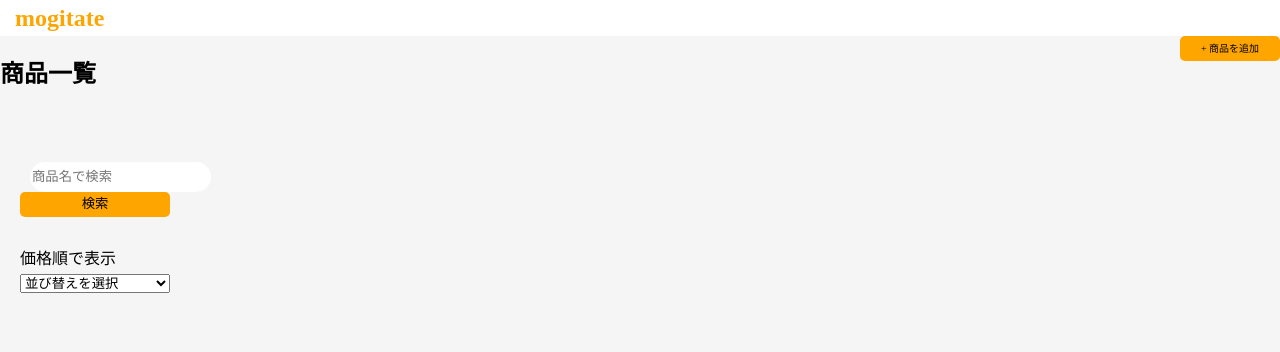
Repository: tokisiro/fruit-products
Page: http://localhost/products
An editor plug-in stored every save of this project. The page is shown before and after a run of saves, followed by the edit.
The browser window is 1280 px wide. The pictures show the whole page.
The page is served by the project's Laravel application, run on PHP 8.4 with Laravel 8. Other server files are loaded and not shown. Queries for data that is not in the repository find no rows.

Above is the page before, as saved 2025-05-18 14:27:15.

### src/routes/web.php
<?php

use Illuminate\Support\Facades\Route;
use App\Http\Controllers\ProductController;
/*
|--------------------------------------------------------------------------
| Web Routes
|--------------------------------------------------------------------------
|
| Here is where you can register web routes for your application. These
| routes are loaded by the RouteServiceProvider within a group which
| contains the "web" middleware group. Now create something great!
|
*/



//商品一覧ページ表示
Route::get('/products', [ProductController::class, 'products']);

Route::get('/products/search', [ProductController::class, 'search']);
Route::get('/products/sort', [ProductController::class, 'sort']);

//商品詳細ページ表示
Route::get('/products/{productId}', [ProductController::class, 'change'])->name('products.change');
//商品更新機能
Route::patch('/products/{productId}/update',[ProductController::class,'update']);
//商品削除機能
Route::delete('/products/{productId}/delete',[ProductController::class,'remove']);
//商品追加ページの表示
Route::get('/register', [ProductController::class, 'add']);
//商品追加機能
Route::post('/products/register', [ProductController::class, 'create']);

### src/app/Http/Controllers/ProductController.php
<?php

namespace App\Http\Controllers;

use Illuminate\Http\Request;
use App\Models\Product;
use App\Models\Product_Season;
use App\Models\Season;
use App\Http\Requests\ProductRequest;
use Illuminate\Support\Facades\Storage;

class ProductController extends Controller
{
    //商品一覧ページの表示
    public function products(){
        $products = Product::all();
        $pages = Product::Paginate(6);
        return view('product', compact('products', 'pages'));
    }

    //検索機能
    public function search(Request $request){
        $query = Product::query();
    if ($request->filled('name')) {
        $query->where('name', 'like', '%' . $request->input('name') . '%');
    }
    $search = $query->paginate(6);
    return view('product', compact('search'));
    }

    //並び替え機能
    public function Sort(Request $request){
        $query = Product::query();

    $sort = $request->input('sort');
    switch ($sort) {
        case 'price_asc':
            $query->orderBy('price', 'asc');
            break;
        case 'price_desc':
            $query->orderBy('price', 'desc');
            break;
        default:
            break;
        }
        $products = $query->paginate(6);
        return view('product', compact('products'));
    }

    //商品詳細画面表示
    public function change($productId){
        $change = Product::find($productId);
        $products = Product_Season::where('product_id', $productId)->pluck('season_id')->toArray();
        return view('index', compact('change','products'));
    }
    //更新機能
    public function update(ProductRequest $request,$productId)
    {
        $data = $request->all();
        unset($data['_token']);

        if ($request->hasFile('image')) {
            $path = $request->file('image')->store('public/products');
            $data['image'] = Storage::url($path); // 保存先パスをセット
        } else {
            unset($data['image']); // 画像がない場合は更新しない
        }

        Product::find($productId)->update($data);

        return redirect('/products');
    }
    //削除機能
    public function remove($productId)
    {
        Product::find($productId)->delete();
        return redirect('/products');
    }
    //商品追加ページ表示
    public function add(){
        return view('/register');
}
    //追加機能
    public function create(ProductRequest $request){
        $form = $request->all();

        if ($request->hasFile('image') && $request->file('image')->isValid()) {
            $path = $request->file('image')->store('public/products');
            $form['image'] = Storage::url($path);
        } else {
            $form['image'] = '';
        }
        product::create($form);
        return redirect('/products');
    }
}

### src/app/Models/product.php
<?php

namespace App\Models;

use Illuminate\Database\Eloquent\Factories\HasFactory;
use Illuminate\Database\Eloquent\Model;

class Product extends Model
{
    use HasFactory;

    protected $fillable = ['name','price','image','description'];

    public function seasons()
{
    return $this->belongsToMany(Season::class,'product_seasons','product_id','season_id');
}
}

### src/resources/views/product.blade.php
<!DOCTYPE html>
<html lang="ja">
<head>
    <meta charset="UTF-8">
    <meta http-equiv="X-UA-Compatible" content="IE=edge">
    <meta name="viewport" content="width=device-width, initial-scale=1.0">
    <title>mogitate</title>
    <link rel="stylesheet" href="css/sanitize.css">
    <link rel="stylesheet" href="css/product.css">
</head>
<body>
    <!--商品一覧-->
    <header class="header">
        <div class="header__inner">
            <a class="header__logo" href="">
                mogitate
            </a>
        </div>
    </header>
    <div class="header-bottom">
        <h2 class="header-bottom__title">
            商品一覧
        </h2>
        <div class="header-bottom__add">
            <a class="header-bottom__add-button" href="/register">
                + 商品を追加
            </a>
        </div>
    </div>
    <main>
        <div class="product">
            <div class="product-sidebar">
                <div class="product-sidebar__search">
                    <form class="product-sidebar__search-form" action="/products/search" method="GET">
                    @csrf
                        <div class="product-sidebar__search-form--text">
                            <input class="product-sidebar__search-form--text-item" type="text" name="name" placeholder="商品名で検索" value="{{ request('name') }}">
                        </div>
                        <div class="product-sidebar__search-form--button">
                            <button class="product-sidebar__search-form--button-item">
                                検索
                            </button>
                        </div>
                    </form>
                    <form class="product-sidebar__search-form" action="/products/sort" method="GET">
                    @csrf
                        <span class="product-sidebar__search-form--title">
                                価格順で表示
                        </span>
                        <div class="product-sidebar__search-form--order">
                            <select class="product-sidebar__search-form--order-item" name="sort">
                                <option value="">並び替えを選択</option>
                                <option value="price_asc" {{ request('sort')=='price_asc' ? 'selected' : '' }}>
                                        価格の安い順
                                </option>
                                <option value="price_desc" {{ request('sort')=='price_desc' ? 'selected' : '' }}>
                                    価格の高い順
                                </option>
                            </select>
                        </div>
                    </form>
                </div>
            </div>
                <!-- 右側：商品カードリスト -->
            <div class="product-card">
            @foreach ($products as $product)
                <div class="product-card__form">
                    <form class="product-card__form" action="/products/{{$product->id}}" method="get">
                    @csrf
                        <div class="product-card__form-img">
                            <button type="submit" style="border: none; padding: 0; background: none; cursor: pointer;">
                                <img src="{{$product->image}}" alt="" style="max-width: 200px; height: auto;">
                                <div class="product-card__form-content">
                                    <div class="product-card__form-content--name">{{$product->name}}
                                    </div>
                                    <div class="product-card__form-content--price">
                                        {{$product->price}}
                                    </div>
                                </div>
                            </button>
                        </div>
                    </form>
                </div>
            @endforeach
            </div>
        </div>
        <div class="product-pages">
            {{ $pages->links() }}
        </div>
    </main>
</body>
</html>

### src/public/css/sanitize.css
/* Document
* ========================================================================== */

/**
* Add border box sizing in all browsers (opinionated).
*/

*,
::before,
::after {
    box-sizing: border-box;
}

/**
* 1. Add text decoration inheritance in all browsers (opinionated).
* 2. Add vertical alignment inheritance in all browsers (opinionated).
*/

::before,
::after {
    vertical-align: inherit;
    /* 2 */
    text-decoration: inherit;
    /* 1 */
}

/**
* 1. Use the default cursor in all browsers (opinionated).
* 2. Change the line height in all browsers (opinionated).
* 3. Use a 4-space tab width in all browsers (opinionated).
* 4. Remove the grey highlight on links in iOS (opinionated).
* 5. Prevent adjustments of font size after orientation changes in
*    IE on Windows Phone and in iOS.
* 6. Breaks words to prevent overflow in all browsers (opinionated).
*/

html {
    word-break: break-word;
    /* 6 */
    -moz-tab-size: 4;
    /* 3 */
    tab-size: 4;
    /* 3 */
    line-height: 1.5;
    /* 2 */
    cursor: default;
    /* 1 */

    -webkit-tap-highlight-color: transparent
        /* 4 */
    ;
    -ms-text-size-adjust: 100%;
    /* 5 */
    -webkit-text-size-adjust: 100%;
    /* 5 */
}

/* Sections
* ========================================================================== */

/**
* Remove the margin in all browsers (opinionated).
*/

body {
    margin: 0;
}

/**
* Correct the font size and margin on `h1` elements within `section` and
* `article` contexts in Chrome, Edge, Firefox, and Safari.
*/

h1 {
    margin: 0.67em 0;
    font-size: 2em;
}

/* Grouping content
* ========================================================================== */

/**
* Remove the margin on nested lists in Chrome, Edge, IE, and Safari.
*/

dl dl,
dl ol,
dl ul,
ol dl,
ul dl {
    margin: 0;
}

/**
* Remove the margin on nested lists in Edge 18- and IE.
*/

ol ol,
ol ul,
ul ol,
ul ul {
    margin: 0;
}

/**
* 1. Add the correct sizing in Firefox.
* 2. Show the overflow in Edge 18- and IE.
*/

hr {
    overflow: visible;
    /* 2 */
    height: 0;
    /* 1 */
}

/**
* Add the correct display in IE.
*/

main {
    display: block;
}

/**
* Remove the list style on navigation lists in all browsers (opinionated).
*/

nav ol,
nav ul {
    padding: 0;
    list-style: none;
}

/**
* 1. Correct the inheritance and scaling of font size in all browsers.
* 2. Correct the odd `em` font sizing in all browsers.
*/

pre {
    font-size: 1em;
    /* 2 */
    font-family: monospace, monospace;
    /* 1 */
}

/* Text-level semantics
* ========================================================================== */

/**
* Remove the gray background on active links in IE 10.
*/

a {
    background-color: transparent;
}

/**
* Add the correct text decoration in Edge 18-, IE, and Safari.
*/

abbr[title] {
    text-decoration: underline;
    text-decoration: underline dotted;
}

/**
* Add the correct font weight in Chrome, Edge, and Safari.
*/

b,
strong {
    font-weight: bolder;
}

/**
* 1. Correct the inheritance and scaling of font size in all browsers.
* 2. Correct the odd `em` font sizing in all browsers.
*/

code,
kbd,
samp {
    font-size: 1em;
    /* 2 */
    font-family: monospace, monospace;
    /* 1 */
}

/**
* Add the correct font size in all browsers.
*/

small {
    font-size: 80%;
}

/* Embedded content
* ========================================================================== */

/*
* Change the alignment on media elements in all browsers (opinionated).
*/

audio,
canvas,
iframe,
img,
svg,
video {
    vertical-align: middle;
}

/**
* Add the correct display in IE 9-.
*/

audio,
video {
    display: inline-block;
}

/**
* Add the correct display in iOS 4-7.
*/

audio:not([controls]) {
    display: none;
    height: 0;
}

/**
* Remove the border on iframes in all browsers (opinionated).
*/

iframe {
    border-style: none;
}

/**
* Remove the border on images within links in IE 10-.
*/

img {
    border-style: none;
}

/**
* Change the fill color to match the text color in all browsers (opinionated).
*/

svg:not([fill]) {
    fill: currentColor;
}

/**
* Hide the overflow in IE.
*/

svg:not(:root) {
    overflow: hidden;
}

/* Tabular data
* ========================================================================== */

/**
* Collapse border spacing in all browsers (opinionated).
*/

table {
    border-collapse: collapse;
}

/* Forms
* ========================================================================== */

/**
* Remove the margin on controls in Safari.
*/

button,
input,
select {
    margin: 0;
}

/**
* 1. Show the overflow in IE.
* 2. Remove the inheritance of text transform in Edge 18-, Firefox, and IE.
*/

button {
    overflow: visible;
    /* 1 */
    text-transform: none;
    /* 2 */
}

/**
* Correct the inability to style buttons in iOS and Safari.
*/

button,
[type="button"],
[type="reset"],
[type="submit"] {
    -webkit-appearance: button;
}

/**
* 1. Change the inconsistent appearance in all browsers (opinionated).
* 2. Correct the padding in Firefox.
*/

fieldset {
    padding: 0.35em 0.75em 0.625em;
    /* 2 */
    border: 1px solid #a0a0a0;
    /* 1 */
}

/**
* Show the overflow in Edge 18- and IE.
*/

input {
    overflow: visible;
}

/**
* 1. Correct the text wrapping in Edge 18- and IE.
* 2. Correct the color inheritance from `fieldset` elements in IE.
*/

legend {
    display: table;
    /* 1 */
    max-width: 100%;
    /* 1 */
    color: inherit;
    /* 2 */
    white-space: normal;
    /* 1 */
}

/**
* 1. Add the correct display in Edge 18- and IE.
* 2. Add the correct vertical alignment in Chrome, Edge, and Firefox.
*/

progress {
    display: inline-block;
    /* 1 */
    vertical-align: baseline;
    /* 2 */
}

/**
* Remove the inheritance of text transform in Firefox.
*/

select {
    text-transform: none;
}

/**
* 1. Remove the margin in Firefox and Safari.
* 2. Remove the default vertical scrollbar in IE.
* 3. Change the resize direction in all browsers (opinionated).
*/

textarea {
    overflow: auto;
    /* 2 */
    margin: 0;
    /* 1 */
    resize: vertical;
    /* 3 */
}

/**
* Remove the padding in IE 10-.
*/

[type="checkbox"],
[type="radio"] {
    padding: 0;
}

/**
* 1. Correct the odd appearance in Chrome, Edge, and Safari.
* 2. Correct the outline style in Safari.
*/

[type="search"] {
    outline-offset: -2px;
    /* 2 */

    -webkit-appearance: textfield;
    /* 1 */
}

/**
* Correct the cursor style of increment and decrement buttons in Safari.
*/

::-webkit-inner-spin-button,
::-webkit-outer-spin-button {
    height: auto;
}

/**
* Correct the text style of placeholders in Chrome, Edge, and Safari.
*/

::-webkit-input-placeholder {
    color: inherit;
    opacity: 0.54;
}

/**
* Remove the inner padding in Chrome, Edge, and Safari on macOS.
*/

::-webkit-search-decoration {
    -webkit-appearance: none;
}

/**
* 1. Correct the inability to style upload buttons in iOS and Safari.
* 2. Change font properties to `inherit` in Safari.
*/

::-webkit-file-upload-button {
    font: inherit;
    /* 2 */

    -webkit-appearance: button;
    /* 1 */
}

/**
* Remove the inner border and padding of focus outlines in Firefox.
*/

::-moz-focus-inner {
    padding: 0;
    border-style: none;
}

/**
* Restore the focus outline styles unset by the previous rule in Firefox.
*/

:-moz-focusring {
    outline: 1px dotted ButtonText;
}

/**
* Remove the additional :invalid styles in Firefox.
*/

:-moz-ui-invalid {
    box-shadow: none;
}

/* Interactive
* ========================================================================== */

/*
* Add the correct display in Edge 18- and IE.
*/

details {
    display: block;
}

/*
* Add the correct styles in Edge 18-, IE, and Safari.
*/

dialog {
    position: absolute;
    right: 0;
    left: 0;
    display: block;
    margin: auto;
    padding: 1em;
    width: -moz-fit-content;
    width: -webkit-fit-content;
    width: fit-content;
    height: -moz-fit-content;
    height: -webkit-fit-content;
    height: fit-content;
    border: solid;
    background-color: white;
    color: black;
}

dialog:not([open]) {
    display: none;
}

/*
* Add the correct display in all browsers.
*/

summary {
    display: list-item;
}

/* Scripting
* ========================================================================== */

/**
* Add the correct display in IE 9-.
*/

canvas {
    display: inline-block;
}

/**
* Add the correct display in IE.
*/

template {
    display: none;
}

/* User interaction
* ========================================================================== */

/*
* 1. Remove the tapping delay in IE 10.
* 2. Remove the tapping delay on clickable elements
in all browsers (opinionated).
*/

a,
area,
button,
input,
label,
select,
summary,
textarea,
[tabindex] {
    -ms-touch-action: manipulation;
    /* 1 */
    touch-action: manipulation;
    /* 2 */
}

/**
* Add the correct display in IE 10-.
*/

[hidden] {
    display: none;
}

/* Accessibility
* ========================================================================== */

/**
* Change the cursor on busy elements in all browsers (opinionated).
*/

[aria-busy="true"] {
    cursor: progress;
}

/*
* Change the cursor on control elements in all browsers (opinionated).
*/

[aria-controls] {
    cursor: pointer;
}

/*
* Change the cursor on disabled, not-editable, or otherwise
* inoperable elements in all browsers (opinionated).
*/

[aria-disabled="true"],
[disabled] {
    cursor: not-allowed;
}

/*
* Change the display on visually hidden accessible elements
* in all browsers (opinionated).
*/

[aria-hidden="false"][hidden] {
    display: initial;
}

[aria-hidden="false"][hidden]:not(:focus) {
    position: absolute;
    clip: rect(0, 0, 0, 0);
}

### src/public/css/product.css
.header {
    background: white;
}

.header__inner {
    margin: 0 auto;
    padding: 0px 15px;
    width: 100%;
}

.header__logo {
    color: orange;
    text-decoration: none;
    font-weight: bold;
    font-size: 24px;
    font-family: cursive;
}

.header-bottom{
    display: flex;
    justify-content: space-between;
}

.header-bottom__add{
    background-color: orange;
        height: 25px;
        width: 100px;
        display: flex;
        justify-content: center;
        border-radius: 5px;
}

.header-bottom__add-button{
    color: black;
        text-decoration: none;
        font-size: 10px;
        padding: 5px;
}

body{
    background-color: whitesmoke;
}

.product {
    display: flex;
    gap: 30px;
    padding: 20px;
}


.product-sidebar {
    min-width: 250px;
    flex-shrink: 0;
}

.product-sidebar__search-form{
    margin-top: 30px;
}

.product-sidebar__search-form--text-item{
    border-radius: 15px;
        height: 30px;
        position: relative;
        left: 10px;
        border: none;
        background-color: white;
        margin-butoo: 20px;
}

.product-sidebar__search-form--button-item{
    background-color: orange;
        height: 25px;
        width: 150px;
        display: flex;
        justify-content: center;
        border-radius: 5px;
        border: none;
        margin: ;
}



.product-sidebar__search-form--order-item{
    width: 150px;
}

.product-card {
    display: flex;
    flex-wrap: wrap;
    gap: 20px;
}


.product-card__form {
    width: 200px;
    box-shadow: 0 3px 10px rgba(0, 0, 0, 0.2);
    display: flex;
    flex-direction: column;
    align-items: center;
    background: #fff;
    border-radius: 8px;
    overflow: hidden;
}


.product-card__form-img img {
    width: 100%;
    height: auto; }

svg.w-5.h-5 {
        width: 30px;
        height: 30px;
    }
.product-pages {
    margin-top: 20px;
    text-align: center;
    }

Loaded but not shown: src/app/Http/Controllers/Controller.php (common file)

After the next 3 saves:
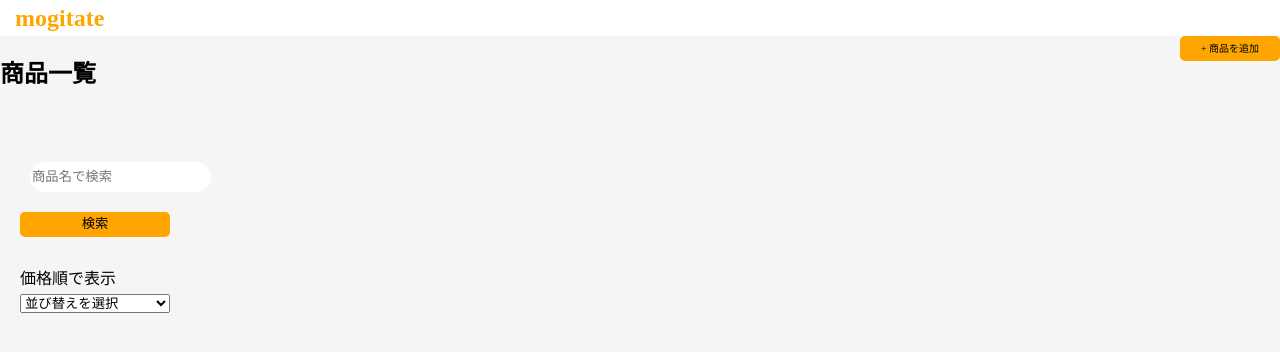
The 3 saves are shown as one change because they came seconds apart.
The last was saved 8 s later.
--- a/src/public/css/product.css
+++ b/src/public/css/product.css
@@ -64,7 +64,7 @@ body{
         left: 10px;
         border: none;
         background-color: white;
-        margin-butoo: 20px;
+        margin-bottom: 20px;
 }
 
 .product-sidebar__search-form--button-item{
